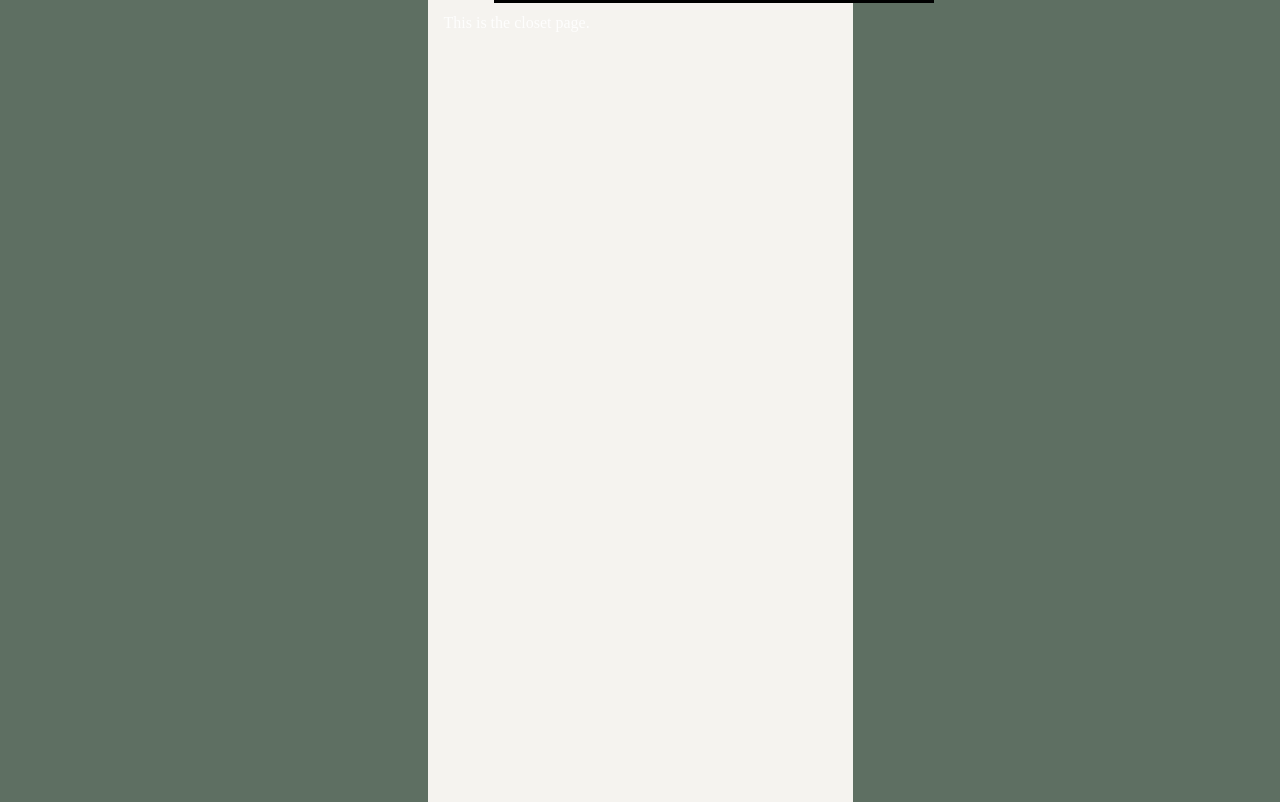
Repository: Strawb3rryjam/app-slotion
Page: /Closet
An editor plug-in stored every save of this project. The page is shown before and after the next save, followed by the edit.
The browser window is 1280 px wide. The pictures show the whole page.
The project was rebuilt for these pictures with package versions that can differ from the ones it lists, and the page was loaded fresh each time. Also part of the build but not shown: vite.config.js, src/App.css. Imported but missing from the stored project, and not drawn on this page: src/pages/Home.

Above is the page before, as saved 2025-05-05 09:20:29.

After the next save:
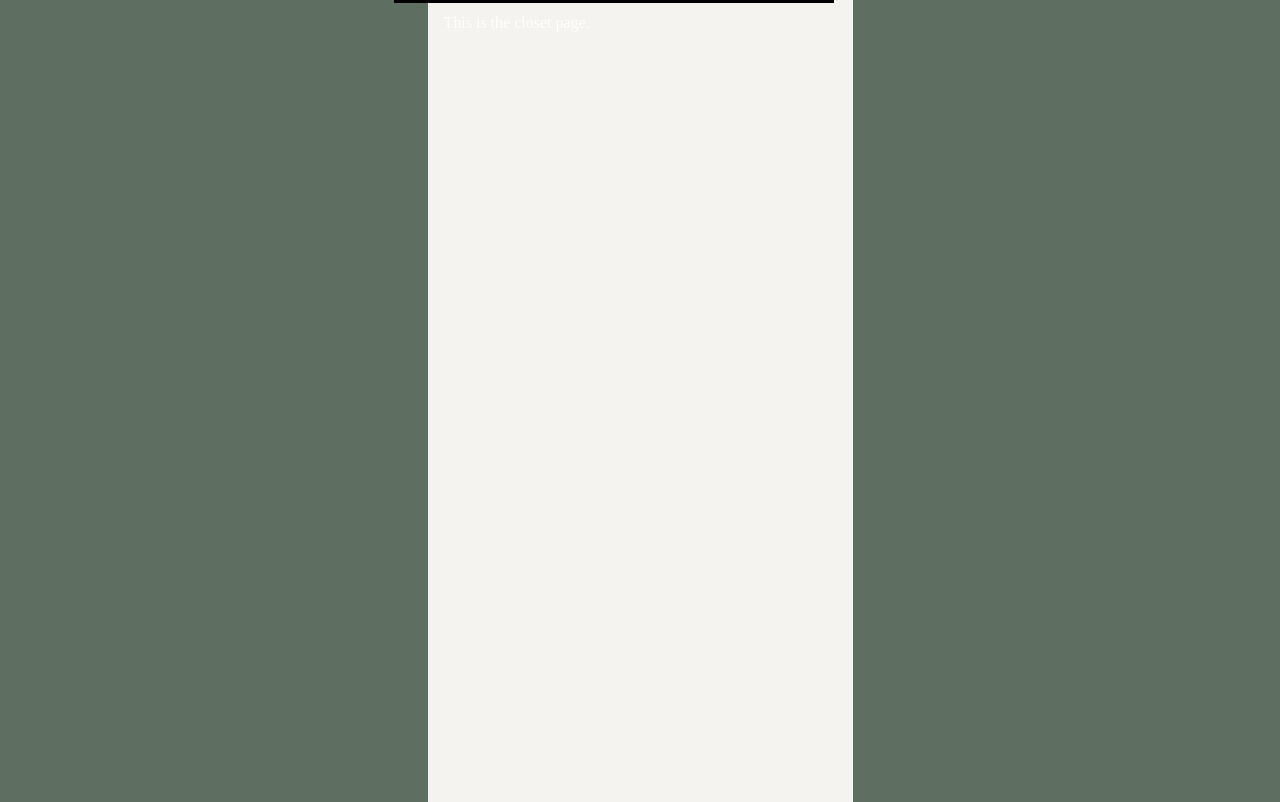
Saved 7 s later.
--- a/src/css/NavBar.module.css
+++ b/src/css/NavBar.module.css
@@ -4,7 +4,7 @@
     width: 440px;
     position: fixed;
     justify-content: center;
-    margin-left: 50px
+    margin-left: -50px; /* Center the navbar */
   }
 
   .navbar-links {
